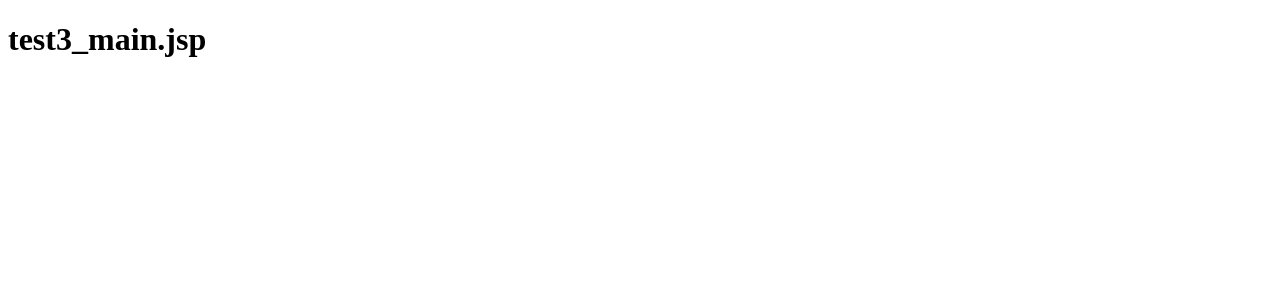
Repository: junesse-afk/ITJSP
Page: http://localhost/StudyJSP/jsp09_servlet/test3_main.jsp
The author's editor kept a copy of each file at every save. The page is drawn from the files as they stood at one save, then again after the next save.
The browser window is 1280 px wide. The pictures show the whole page.
The page is served by Tomcat 10. Other server files are loaded and not shown.

Above is the page before, as saved 2024-11-26 06:45:54.

### workspace_jsp/StudyJSP/src/main/webapp/jsp09_servlet/test3_main.jsp
<%@ page language="java" contentType="text/html; charset=UTF-8"
    pageEncoding="UTF-8"%>
<!DOCTYPE html>
<html>
<head>
<meta charset="UTF-8">
<title>Insert title here</title>
</head>
<body>

	<h1>test3_main.jsp</h1>
	<form action="myServlet3" method="get">
		<input type="hidden" name="id" value="admin">
		<input type="hidden" name="name" value="홍길동">
	</form>




</body>
</html>

After the next save:
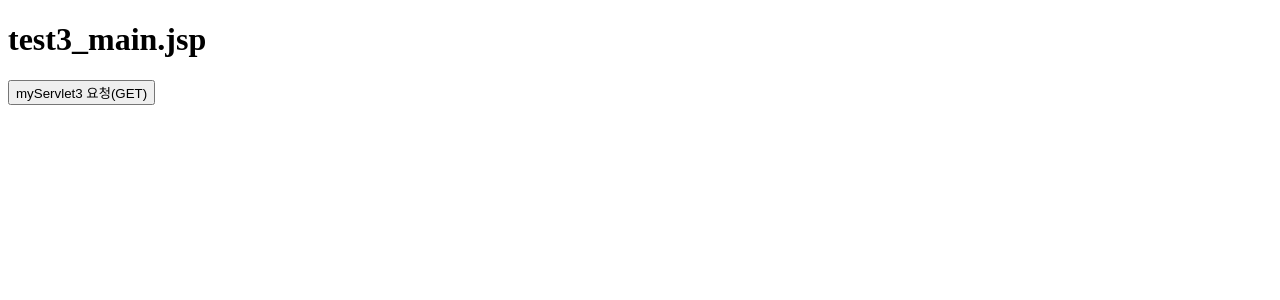
Saved 18 s later.
--- a/workspace_jsp/StudyJSP/src/main/webapp/jsp09_servlet/test3_main.jsp
+++ b/workspace_jsp/StudyJSP/src/main/webapp/jsp09_servlet/test3_main.jsp
@@ -12,6 +12,7 @@
 	<form action="myServlet3" method="get">
 		<input type="hidden" name="id" value="admin">
 		<input type="hidden" name="name" value="홍길동">
+		<input type="submit" value="myServlet3 요청(GET)">
 	</form>
 
 
